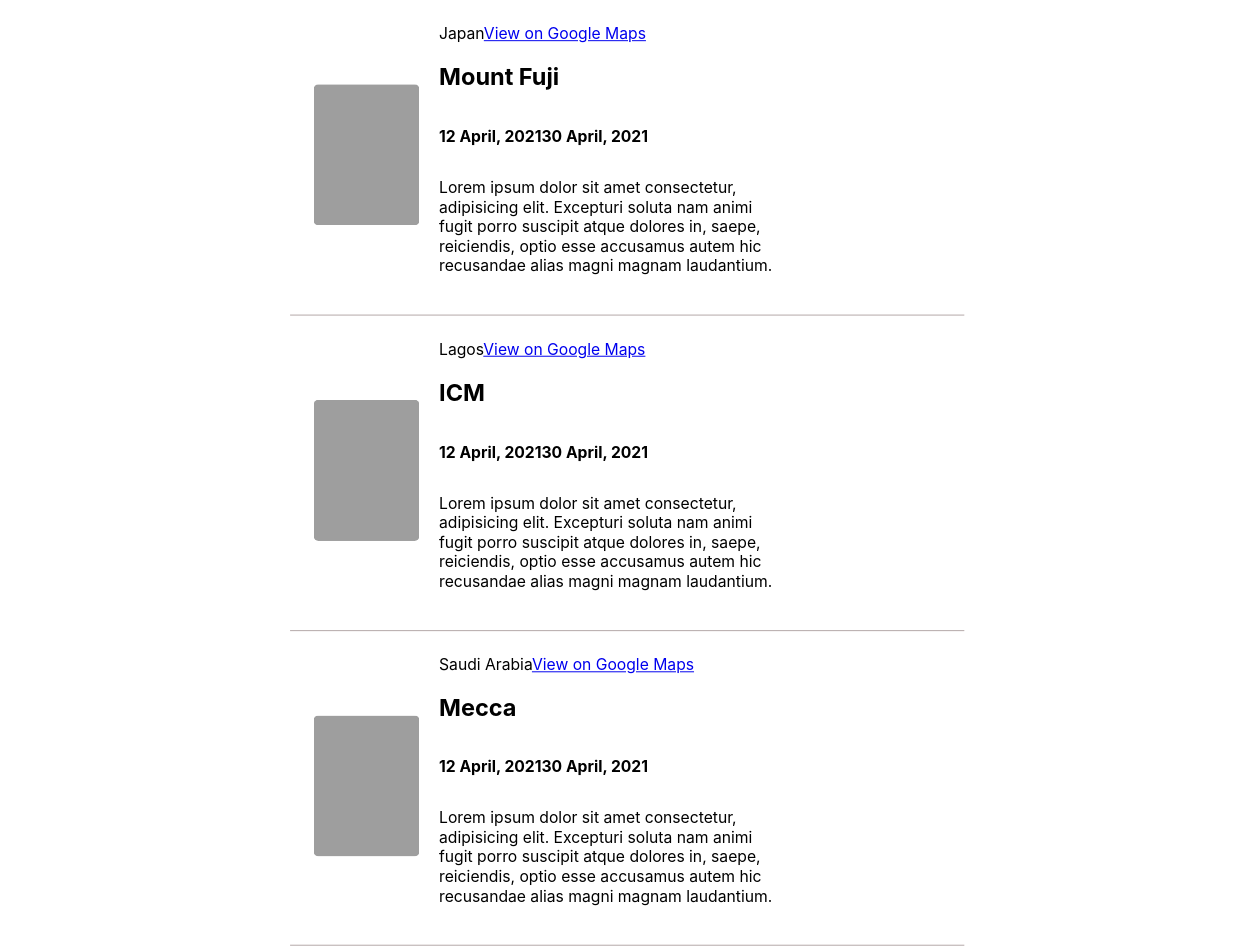
Repository: BuduCE/travel-journal
Page: /
The author's editor kept a copy of each file at every save. The page is drawn from the files as they stood at one save, then again after the next save.
The browser window is 1280 px wide. The pictures show the whole page, at 98% of full size.
Pictures or frames that could not be fetched are drawn as grey boxes. The project was rebuilt for these pictures with package versions that can differ from the ones it lists, and the page was loaded fresh each time. Also part of the build but not shown: src/components/Home/styles.css, src/components/Home/index.jsx.

Above is the page before, as saved 2022-08-25 12:37:54.

### src/App.js
import './App.css';
import Home from './components/Home';
import Tour from './components/Tour';
import data from './data'

function App() {
  // Mapping through the data file
  const places = data.map(place => {
    return <Tour
              key = {place.id}
              {...place}
            />
  })

  return (
    <div className="App">
      {/* <Home /> */}
      {/* <Tour /> */}
      {places}
    </div>
  );
}

export default App;

### src/components/Tour/index.jsx
import './styles.css'
import camp from './camp.jpg'

const Tour = (props) => {
  return (
    <div className='Tour'>
      {/* Section 1 */}
      <div className="tour-img">
        {/* <img src={camp} alt="" /> */}
        <img src={props.image} alt="" />
      </div>

      {/* Section 2 */}
      <div className="tour-info">
        <div className="tour-loc">
          <img src="" alt="" />
          <span>{props.location}</span>
          <a href={props.googleMapsUrl}>View on Google Maps</a>
        </div>
        <h2>{props.title}</h2>
        <div className="tour-data">
          <p><b>{props.startDate}</b></p>
          <p><b>{props.endDate}</b></p>
        </div>

        <p className='tour-desc'>
          Lorem ipsum dolor sit amet consectetur, adipisicing elit. Excepturi soluta nam animi fugit porro suscipit atque dolores in, saepe, reiciendis, optio esse accusamus autem hic recusandae alias magni magnam laudantium.
        </p>
      </div>

    </div>
  )
}

export default Tour

### src/data.js
export default [
    {
        id: 1,
        title: "Mount Fuji",
        location: "Japan",
        googleMapsUrl: "https://googlemaps",
        startDate: "12 April, 2021",
        endDate: "30 April, 2021",
        image: "https://images.unsplash.com/photo-1657214059212-104dac959c56?ixlib=rb-1.2.1&ixid=MnwxMjA3fDF8MHxzZWFyY2h8MXx8dHJhdmVsfGVufDB8fDB8fA%3D%3D&auto=format&fit=crop&w=500&q=60",
    },
    {
        id: 2,
        title: "ICM",
        location: "Lagos",
        googleMapsUrl: "https://googlemaps",
        startDate: "12 April, 2021",
        endDate: "30 April, 2021",
        image:"https://images.unsplash.com/photo-1527631746610-bca00a040d60?ixlib=rb-1.2.1&ixid=MnwxMjA3fDB8MHxzZWFyY2h8MTJ8fHRyYXZlbHxlbnwwfHwwfHw%3D&auto=format&fit=crop&w=500&q=60",
    },
    {
        id: 3,
        title: "Mecca",
        location: "Saudi Arabia",
        googleMapsUrl: "https://googlemaps",
        startDate: "12 April, 2021",
        endDate: "30 April, 2021",
        image:"https://images.unsplash.com/photo-1528543606781-2f6e6857f318?ixlib=rb-1.2.1&ixid=MnwxMjA3fDB8MHxzZWFyY2h8MTh8fHRyYXZlbHxlbnwwfHwwfHw%3D&auto=format&fit=crop&w=500&q=60",
    },
]

### src/components/Tour/styles.css
.Tour{
    width: 50%;
    margin: auto;
    display: grid;
    grid-template-columns: 1fr 4fr;
    padding: 24px;
    align-items: center;
    border-bottom: 1px solid #b3a7a7;
}
.tour-img{
    margin-right: 20px;
}
.tour-img > img{
    width: 100%;
    height: 20vh;
    border-radius: 5px;
}
.tour-data{
    display: flex;
}
.tour-desc{
    width: 70%;
}

Loaded but not shown: public/index.html (common file); src/index.js (common file); src/index.css (common file); src/reportWebVitals.js (common file); src/App.css (common file)

After the next save:
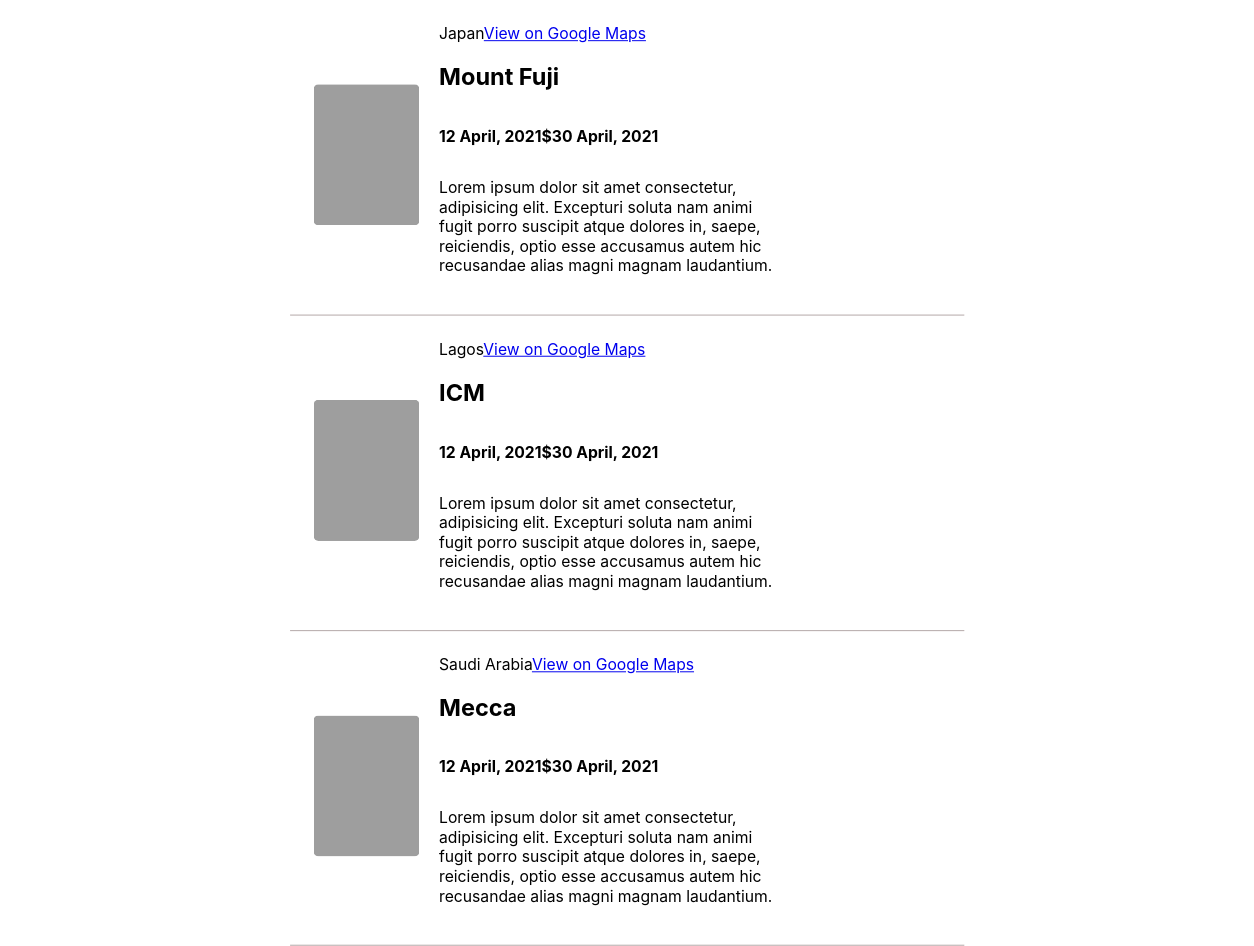
Saved 8 s later.
--- a/src/components/Tour/index.jsx
+++ b/src/components/Tour/index.jsx
@@ -20,7 +20,7 @@
         <h2>{props.title}</h2>
         <div className="tour-data">
           <p><b>{props.startDate}</b></p>
-          <p><b>{props.endDate}</b></p>
+          <p><b>${props.endDate}</b></p>
         </div>
 
         <p className='tour-desc'>
